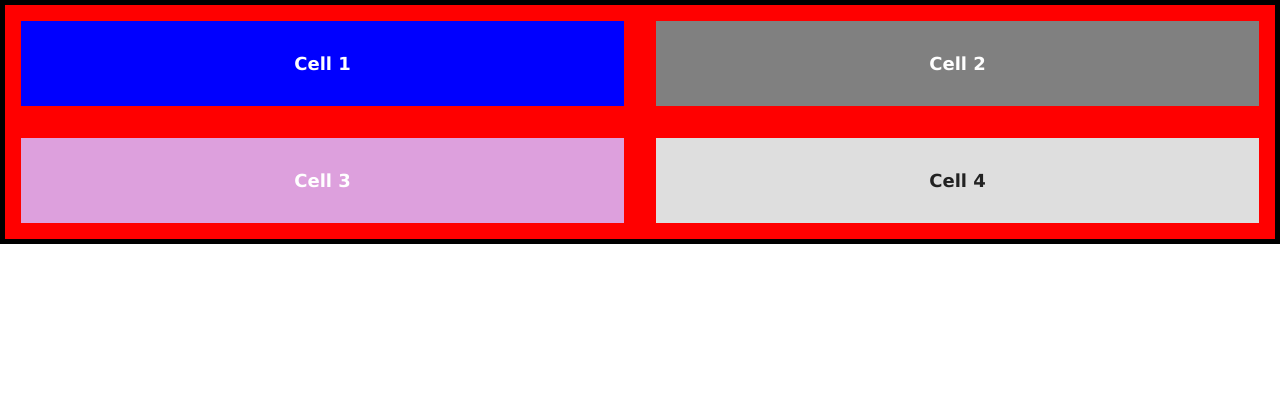
Repository: Ndifoinhilary/css_grid
Page: css-grid-learn/index.html
The author's editor kept a copy of each file at every save. The page is drawn from the files as they stood at one save, then again after the next save.
The browser window is 1280 px wide. The pictures show the whole page.

Above is the page before, as saved 2024-01-24 13:45:38.

After the next save:
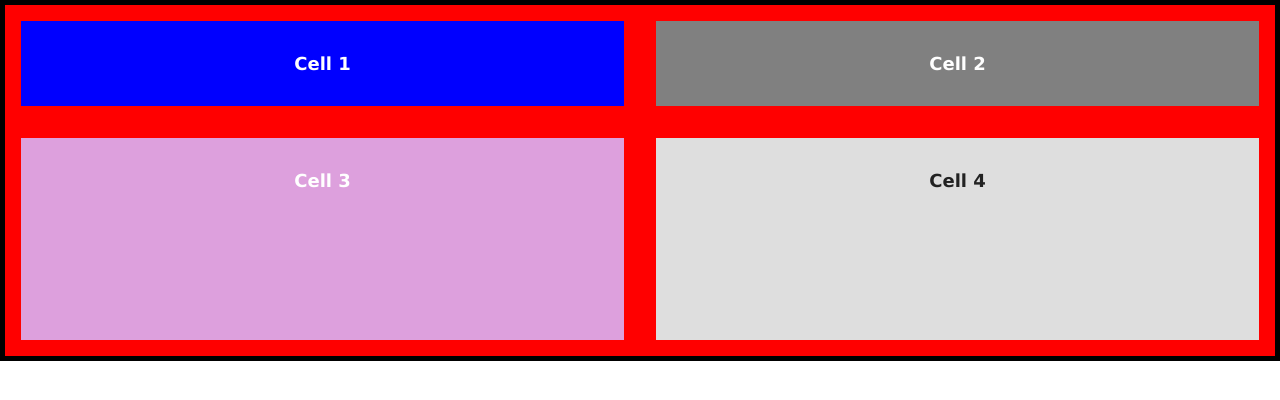
Saved 8 min 13 s later.
--- a/css-grid-learn/main.css
+++ b/css-grid-learn/main.css
@@ -26,6 +26,7 @@ body{
 .container{
     display: grid;
     grid-template-columns:1fr 1fr;
+    grid-template-rows: 1fr 2fr;
 }
 
 
